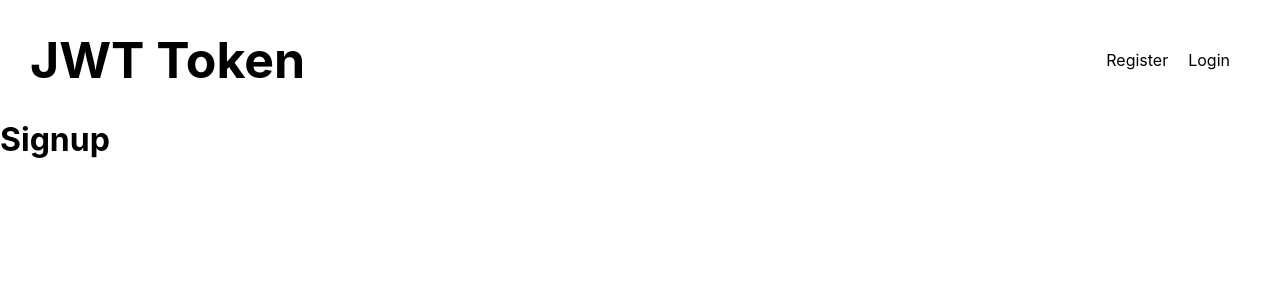
Repository: Prafullkuma/jwttoken
Page: /signup
An editor plug-in stored every save of this project. The page is shown before and after the next save, followed by the edit.
The browser window is 1280 px wide. The pictures show the whole page.
The project was rebuilt for these pictures with package versions that can differ from the ones it lists, and the page was loaded fresh each time. Also part of the build but not shown: src/App.css, src/component/Auth/Signin.js, src/component/User/User.js, src/component/Admin/Dashboard.js, src/component/Home/Home.js, src/component/Auth/Logout.js.

Above is the page before, as saved 2020-08-22 21:06:14.

After the next save:
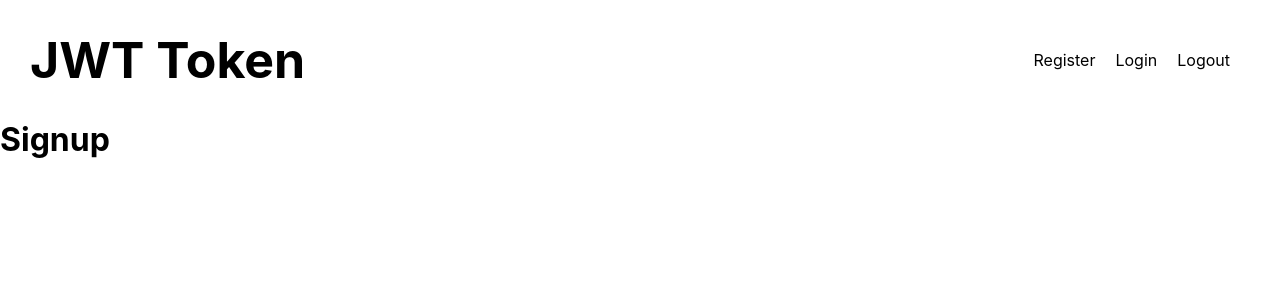
Saved 20 s later.
--- a/src/component/Navbar.js
+++ b/src/component/Navbar.js
@@ -10,6 +10,7 @@ function Navbar() {
                     <ul>
                         <li><Link to="/signup">Register</Link></li>
                         <li><Link to="/signin">Login</Link></li>
+                        <li><Link to="/">Logout</Link></li>
                     </ul>
 
                 </nav>
